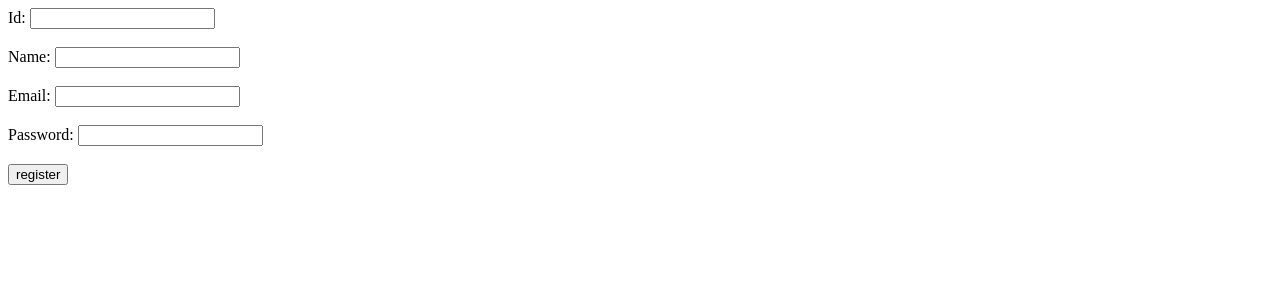
Repository: pawankumarsharm/UST_JDBC_SERVLET
Page: jdbc/empwebapp/WebContent/register.html
These files come from the project's save history. The page is drawn as it stood at one moment and after the next save; the edit follows.
The browser window is 1280 px wide. The pictures show the whole page.

Above is the page before, as saved 2019-11-15 08:50:24.

After the next save:
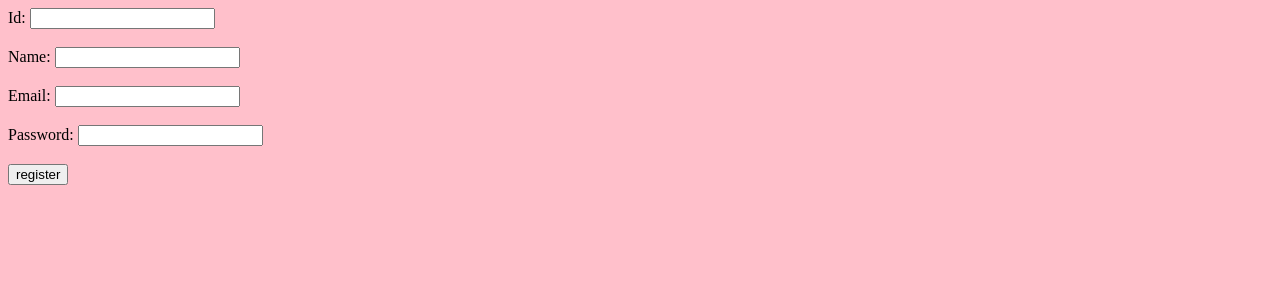
Saved 14 s later.
--- a/jdbc/empwebapp/WebContent/register.html
+++ b/jdbc/empwebapp/WebContent/register.html
@@ -4,7 +4,7 @@
 <meta charset="ISO-8859-1">
 <title>Insert title here</title>
 </head>
-<body>
+<body bgcolor="pink">
 <form action="">
 		Id: <input name="id" type="text"><br><br>
 		Name: <input name="name" type="text"><br><br>
